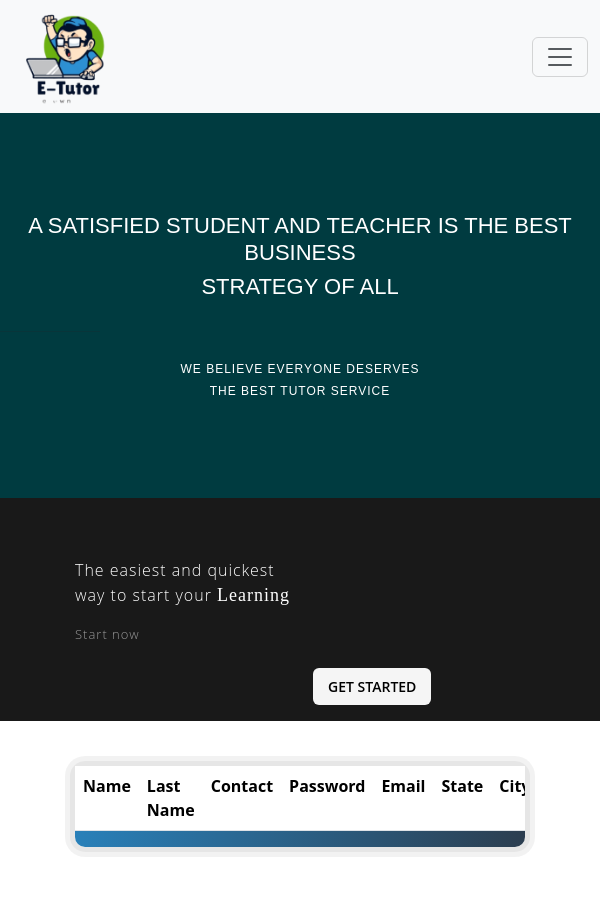
Repository: shailesh89-art/E-tutor-springboot-hibernate
Page: http://localhost/TUTOR_INVENTOR_1/pages/parent_Admin_edit.jsp
An editor plug-in stored every save of this project. The page is shown before and after the next save, followed by the edit.
The browser window is 600 px wide. The pictures show the whole page.
Some web libraries are served in a nearby version. The page is served by Tomcat 9. Other server files are loaded and not shown. The template is opened directly, without the code that normally fills it, so the values that code supplies are empty.

Above is the page before, as saved 2023-05-03 14:02:29.

### TUTOR_INVENTOR_1/src/main/webapp/pages/parent_Admin_edit.jsp
<%@ taglib uri="http://www.springframework.org/tags/form" prefix="form"%> <%@ taglib uri="http://java.sun.com/jsp/jstl/core" prefix="c"%>
<!doctype html>
<html lang="en">
  <head>
    <!-- Required meta tags -->
    <meta charset="utf-8">
    <meta name="viewport" content="width=device-width, initial-scale=1, shrink-to-fit=no">

    <!-- Bootstrap CSS -->
      <link href="https://cdn.jsdelivr.net/npm/bootstrap@5.3.0-alpha1/dist/css/bootstrap.min.css" rel="stylesheet" integrity="sha384-GLhlTQ8iRABdZLl6O3oVMWSktQOp6b7In1Zl3/Jr59b6EGGoI1aFkw7cmDA6j6gD" crossorigin="anonymous">
    <script src="https://cdn.jsdelivr.net/npm/bootstrap@5.3.0-alpha1/dist/js/bootstrap.bundle.min.js" integrity="sha384-w76AqPfDkMBDXo30jS1Sgez6pr3x5MlQ1ZAGC+nuZB+EYdgRZgiwxhTBTkF7CXvN" crossorigin="anonymous"></script>
    <link rel="stylesheet" href="https://cdnjs.cloudflare.com/ajax/libs/font-awesome/4.7.0/css/font-awesome.min.css">
    <link rel="icon" type="image/x-icon" href="Assets/imgs/Screenshot_(160)-transformed (1)-fotor-bg-remover-20230423203452.png" >
      <title>Parent Admin</title>
    <style>




     .banner {

            background-size: cover;
            background-repeat: no-repeat;
            background-position: center center;
            width: 100%;
            height: 100%;
              background-color: #00838F;
        }

        .banner .opacity_overlay {
            height: 100%;
            width: 100%;
            background: rgba(0, 0, 0, 0.55);
            padding-top: 100px;
        }

        .banner .opacity_overlay .info {
            text-align: center;
            font-family: 'Montserrat', sans-serif;
        }

        .banner .opacity_overlay .info h2 {
            color: #fff;
            text-transform: uppercase;
            font-size: 36px;
        }

        .banner .opacity_overlay .info hr {
            width: 100px;
            margin-top: 30px;
            margin-bottom: 30px;
        }

        .banner .opacity_overlay .info h3 {
            color: #fff;
            text-transform: uppercase;
            font-size: 16px;
            letter-spacing: 1px;
        }

        .banner .opacity_overlay .secondary_layer {
            background: #191919;
            margin-top: 100px;
            padding-top: 15px;
            padding-bottom: 15px;
            font-family: "Open Sans", Arial, sans-serif;
        }

        .banner .opacity_overlay .secondary_layer .msg {
            font-size: 18px;
            color: #fff;
            font-weight: 300;
            letter-spacing: 1px;
        }

        .banner .opacity_overlay .secondary_layer .msg span {
            font-family: "Shadows Into Light", cursive;
            font-size: 22px;
        }

        .banner .opacity_overlay .secondary_layer .quote {
            font-size: 13px;
            color: #999;
            font-weight: 300;
            letter-spacing: 1px;
        }

        .banner .opacity_overlay .secondary_layer .btn {
            text-decoration: none;
            color: #000;
        }

        .banner .opacity_overlay .secondary_layer .btn button {
            background: #F5F5F5;
            border: none;
            border-radius: 6px;
            padding: 8px 15px;
            text-transform: uppercase;
            font-weight: 600;
            font-size: 14px;
            outline: none;
            transition: background-color 0.2s ease;
        }

        .banner .opacity_overlay .secondary_layer .btn button:hover {
            background: #000;
            color: #fff;
        }

        /* Font size change on browser resize */

        @media screen and (max-width: 991px) {
        .banner .opacity_overlay .info h2 {
            font-size: 30px;
        }
        }

        @media screen and (max-width: 768px) {
        .banner .opacity_overlay .info h2 {
            font-size: 26px;
        }
        }

        @media screen and (max-width: 631px) {
        .banner .opacity_overlay .info h2 {
            font-size: 22px;
        }
        }

        @media screen and (max-width: 534px) {
        .banner .opacity_overlay .info h2 {
            font-size: 20px;
        }
        }

        @media screen and (max-width: 991px) {
        .banner .opacity_overlay .info h3 {
            font-size: 12px;
        }
        }

        @media screen and (max-width: 534px) {
        .banner .opacity_overlay .info h3 {
            font-size: 10px;
        }
        }

        @media screen and (max-width: 768px) {
        .banner .opacity_overlay .secondary_layer .msg {
            font-size: 16px;
        }
        }

        @media screen and (max-width: 534px) {
        .banner .opacity_overlay .secondary_layer .msg {
            font-size: 13px;
        }
        }

        @media screen and (max-width: 768px) {
        .banner .opacity_overlay .secondary_layer .msg span {
            font-size: 18px;
        }
        }

        @media screen and (max-width: 534px) {
        .banner .opacity_overlay .secondary_layer .msg span {
            font-size: 16px;
        }
        }
        /*search button*/




        .advanced{

            text-decoration: none;
            font-size: 15px;
            font-weight: 500;
        }


        .btn-secondary,
        .btn-secondary:focus,
        .btn-secondary:active


         {
            color: #fff;
            background-color: #00838f !important;
            border-color: #00838f !important;
            box-shadow: none;
        }


        .advanced{

            color: #00838f !important;
        }






 .demo{ font-family: 'Noto Sans', sans-serif; }
.panel{
    background: linear-gradient(to right, #2980b9, #2c3e50);
    padding: 0;
    border-radius: 10px;
    border: none;
    box-shadow: 0 0 0 5px rgba(0,0,0,0.05),0 0 0 10px rgba(0,0,0,0.05);
}
.panel .panel-heading{
    padding: 20px 15px;
    border-radius: 10px 10px 0 0;
    margin: 0;
}
.panel .panel-heading .title{
    color: #fff;
    font-size: 28px;
    font-weight: 500;
    text-transform: capitalize;
    line-height: 40px;
    margin: 0;
}
.panel .panel-heading .btn{
    color: rgba(255,255,255,0.5);
    background: transparent;
    font-size: 16px;
    text-transform: capitalize;
    border: 2px solid #fff;
    border-radius: 50px;
    transition: all 0.3s ease 0s;
}
.panel .panel-heading .btn:hover{
    color: #fff;
    text-shadow: 3px 3px rgba(255,255,255,0.2);
}
.panel .panel-heading .form-control{
    color: #fff;
    background-color: transparent;
    width: 35%;
    height: 40px;
    border: 2px solid #fff;
    border-radius: 20px;
    display: inline-block;
    transition: all 0.3s ease 0s;
}
.panel .panel-heading .form-control:focus{
    background-color: rgba(255,255,255,0.2);
    box-shadow: none;
    outline: none;
}
.panel .panel-heading .form-control::placeholder{
    color: rgba(255,255,255,0.5);
    font-size: 15px;
    font-weight: 500;
}
.panel .panel-body{ padding: 0; }
.panel .panel-body .table thead tr th{
    color: #fff;
    background-color: rgba(255, 255, 255, 0.2);
    font-size: 16px;
    font-weight: 500;
    text-transform: uppercase;
    padding: 12px;
    border: none;
}
.panel .panel-body .table tbody tr td{
    color: #fff;
    font-size: 15px;
    padding: 10px 12px;
    vertical-align: middle;
    border: none;
}
.panel .panel-body .table tbody tr:nth-child(even){ background-color: rgba(255,255,255,0.05); }
.panel .panel-body .table tbody .action-list{
    padding: 0;
    margin: 0;
    list-style: none;
}
.panel .panel-body .table tbody .action-list li{
    display: inline-block;
    margin: 0 5px;
}
.panel .panel-body .table tbody .action-list li a{
    color: #fff;
    font-size: 15px;
    position: relative;
    z-index: 1;
    transition: all 0.3s ease 0s;
}
.panel .panel-body .table tbody .action-list li a:hover{ text-shadow: 3px 3px 0 rgba(255,255,255,0.3); }
.panel .panel-body .table tbody .action-list li a:before,
.panel .panel-body .table tbody .action-list li a:after{
    content: attr(data-tip);
    color: #fff;
    background-color: #111;
    font-size: 12px;
    padding: 5px 7px;
    border-radius: 4px;
    text-transform: capitalize;
    display: none;
    transform: translateX(-50%);
    position: absolute;
    left: 50%;
    top: -32px;
    transition: all 0.3s ease 0s;
}
.panel .panel-body .table tbody .action-list li a:after{
    content: '';
    height: 15px;
    width: 15px;
    padding: 0;
    border-radius: 0;
    transform: translateX(-50%) rotate(45deg);
    top: -18px;
    z-index: -1;
}
.panel .panel-body .table tbody .action-list li a:hover:before,
.panel .panel-body .table tbody .action-list li a:hover:after{
    display: block;
}
.panel .panel-footer{
    color: #fff;
    background-color: transparent;
    padding: 15px;
    border: none;
}
.panel .panel-footer .col{ line-height: 35px; }
.pagination{ margin: 0; }
.pagination li a{
    color: #fff;
    background-color: transparent;
    border: 2px solid transparent;
    font-size: 18px;
    font-weight: 500;
    text-align: center;
    line-height: 31px;
    width: 35px;
    height: 35px;
    padding: 0;
    margin: 0 3px;
    border-radius: 50px;
    transition: all 0.3s ease 0s;
}
.pagination li a:hover{
    color: #fff;
    background-color: transparent;
    border-color: rgba(255,255,255,0.2);
}
.pagination li a:focus,
.pagination li.active a,
.pagination li.active a:hover{
    color: #fff;
    background-color: transparent;
    border-color: #fff;
}
.pagination li:first-child a,
.pagination li:last-child a{
    border-radius: 50%;
}
.container{

    padding-left: 320px;
}
 #logo{
        width: 4%;
      }
@media only screen and (max-width:767px){
    .panel .panel-heading .title{
        text-align: center;
        margin: 0 0 10px;
    }
    .panel .panel-heading .btn_group{ text-align: center; }
    .container{

        padding: 45px;
    }
     #logo{
        width: 19%;
      }
}







   }
    </style>
  </head>
  <body>
  <nav class="navbar navbar-expand-lg navbar-light bg-light">
        <div class="container-fluid">
           <img  id="logo" src="Assets/imgs/Screenshot_(160)-transformed (1)-fotor-bg-remover-20230423203452.png" alt="">
          <button class="navbar-toggler" type="button" data-bs-toggle="collapse" data-bs-target="#navbarColor03" aria-controls="navbarColor03" aria-expanded="false" aria-label="Toggle navigation">
            <span class="navbar-toggler-icon"></span>
          </button>
          <div class="collapse navbar-collapse" id="navbarColor03">
            <ul class="navbar-nav me-auto">

              <li class="nav-item dropdown">
                <a class="nav-link dropdown-toggle" data-bs-toggle="dropdown" href="#" role="button" aria-haspopup="true" aria-expanded="false">Select</a>
                <div class="dropdown-menu">
                  <a class="dropdown-item" href="ebook_list">book</a>

                  <a class="dropdown-item" href="/parentlogout">Log Out</a>
                  </div>
              </li>

            </ul>
          </div>
        </div>
      </nav>
      <div class="banner">
    	<div class="opacity_overlay">
    		<div class="info">
    			<h2>A satisfied Student and Teacher is the best business</h2>
    			<h2>strategy of all</h2>
    			<hr>
    			<h3>We believe everyone deserves</h3>
    			<h3>The best tutor service</h3>
    		</div>

    		<div class="secondary_layer">
    			<div class="container">
    				<div class="col-md-8 col-sm-6">
    					<p class="msg">The easiest and quickest way to start your <span>Learning</span></p>
    					<p class="quote">Start now</p>
    				</div>
    				<div class="col-md-4 col-sm-6 pull-right">
    					<a href="ebook_list" class="btn" ><button type="submit">Get Started</button></a>

    				</div>
    			</div>
    		</div>

    	</div>
    </div>

   <div class="container">

    <div class="row">
        <div class="col-md-offset-1 col-md-10">
            <div class="panel">

                <div class="panel-body table-responsive">
<table class="table">
<tr>
<th>Name</th>
<th>Last Name</th>
<th>Contact</th>
<th>Password</th>
<th>Email</th>
<th>State</th>
<th>City</th>
<th>Area</th>
<th>Zip</th>
</tr>
<c:forEach  items="${parent}" var="e">
<tr>

<td>${e.fname}</td>
<td>${e.lname}</td>
<td>${e.contact}</td>
<td>${e.pass}</td>
<td>${e.email}</td>
<td>${e.state}</td>
<td>${e.city}</td>
<td>${e.area}</td>
<td>${e.zip}</td>
<td>

  <a href="edit_parent?id=${e.id}"><i class='fa fa-edit' style="color:blue"></i></a> |
          <a href="delete_parentfirst?id=${e.id}"><i class="fa fa-trash" style="color:blue"></i></a>
        </td>
</tr>
</c:forEach>
</table>
</div>
</div>
</div>
</div>
</div>

 <script src="https://code.jquery.com/jquery-3.2.1.slim.min.js" integrity="sha384-KJ3o2DKtIkvYIK3UENzmM7KCkRr/rE9/Qpg6aAZGJwFDMVNA/GpGFF93hXpG5KkN" crossorigin="anonymous"></script>
    <script src="https://cdn.jsdelivr.net/npm/popper.js@1.12.9/dist/umd/popper.min.js" integrity="sha384-ApNbgh9B+Y1QKtv3Rn7W3mgPxhU9K/ScQsAP7hUibX39j7fakFPskvXusvfa0b4Q" crossorigin="anonymous"></script>
    <script src="https://cdn.jsdelivr.net/npm/bootstrap@4.0.0/dist/js/bootstrap.min.js" integrity="sha384-JZR6Spejh4U02d8jOt6vLEHfe/JQGiRRSQQxSfFWpi1MquVdAyjUar5+76PVCmYl" crossorigin="anonymous"></script>
</body>

After the next save:
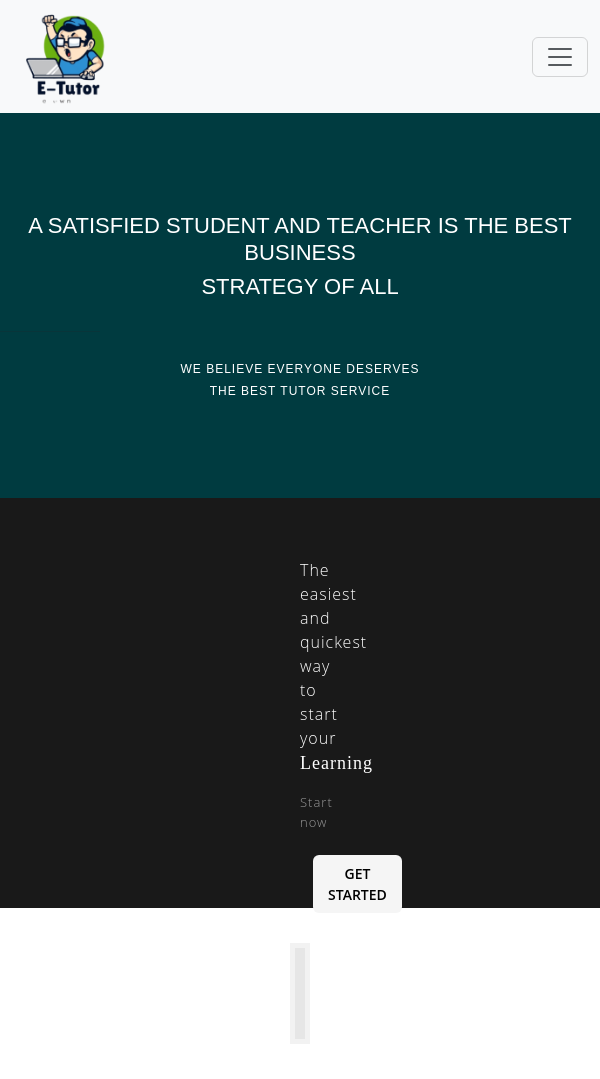
Saved 26 s later.
--- a/TUTOR_INVENTOR_1/src/main/webapp/pages/parent_Admin_edit.jsp
+++ b/TUTOR_INVENTOR_1/src/main/webapp/pages/parent_Admin_edit.jsp
@@ -376,7 +376,7 @@
     }
     .panel .panel-heading .btn_group{ text-align: center; }
     .container{
-
+	width: 45px;
         padding: 45px;
     }
      #logo{

After the save that followed:
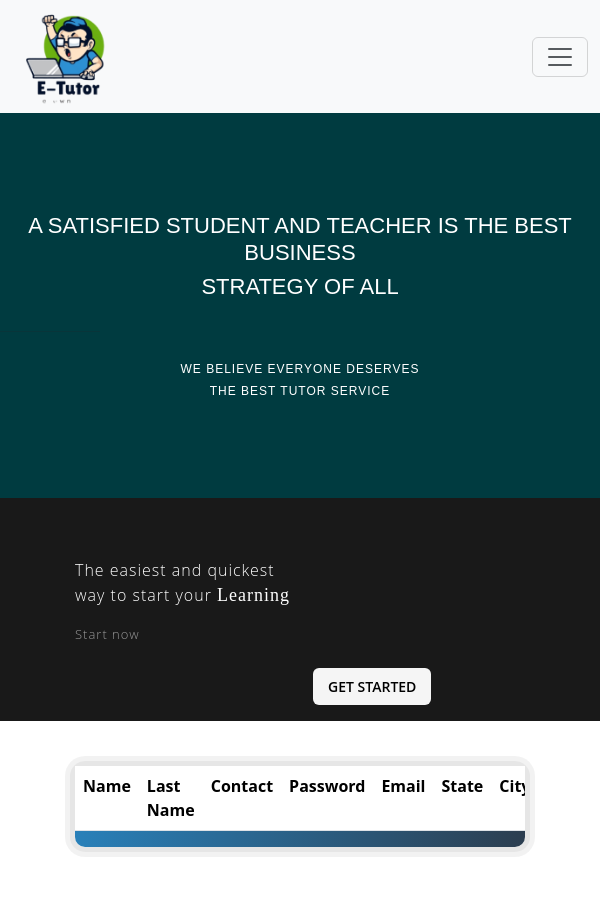
Saved 14 s later.
--- a/TUTOR_INVENTOR_1/src/main/webapp/pages/parent_Admin_edit.jsp
+++ b/TUTOR_INVENTOR_1/src/main/webapp/pages/parent_Admin_edit.jsp
@@ -376,7 +376,7 @@
     }
     .panel .panel-heading .btn_group{ text-align: center; }
     .container{
-	width: 45px;
+
         padding: 45px;
     }
      #logo{
